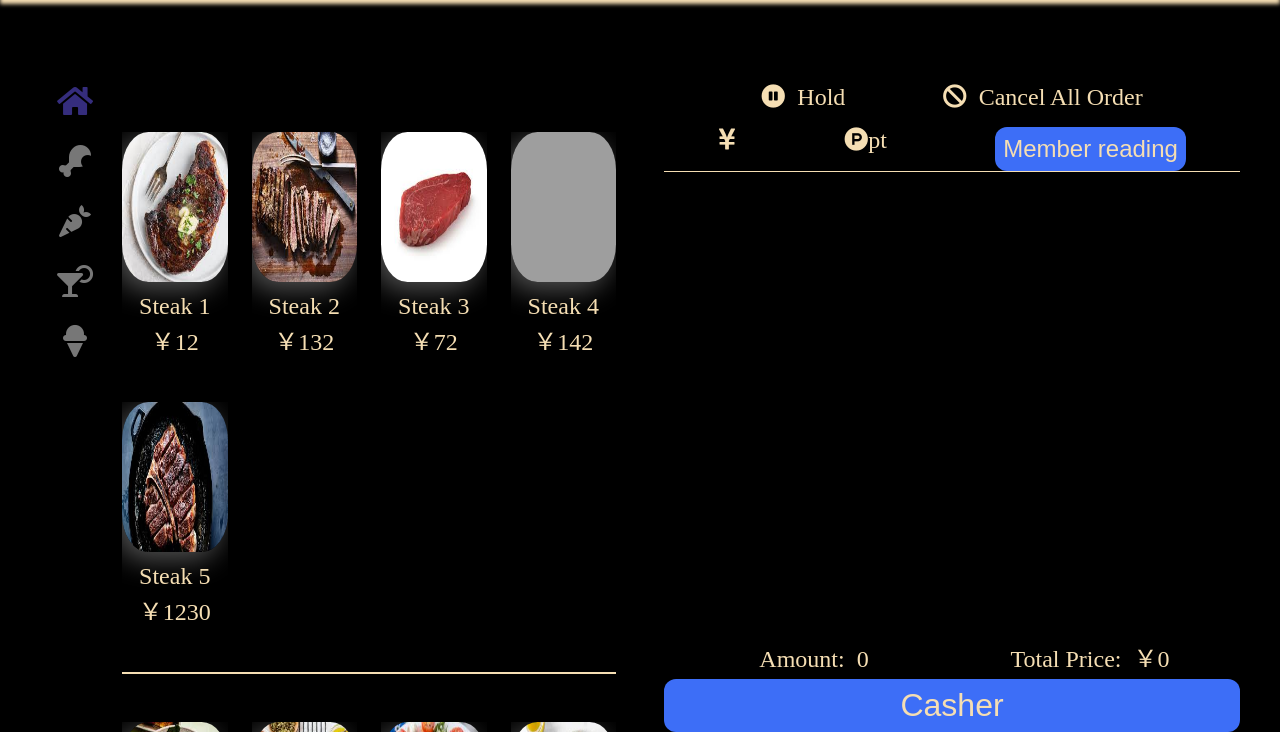
Repository: vuhungson158/Menu
Page: /
An editor plug-in stored every save of this project. The page is shown before and after the next save, followed by the edit.
The browser window is 1280 px wide. The pictures show the whole page.
Pictures or frames that could not be fetched are drawn as grey boxes. An inner scrolling area shows only its first screen. The project was rebuilt for these pictures with package versions that can differ from the ones it lists, and the page was loaded fresh each time. Also part of the build but not shown: src/component/mainMenu/orderBlock/orderContent/OrderedItem.jsx, src/redux-store/actions/HoldActions.jsx, src/component/mainMenu/orderBlock/utilities/HoldItem.jsx.

Above is the page before, as saved 2021-08-22 18:15:29.

### public/index.html
<!DOCTYPE html>
<html lang="en">
  <head>
    <meta charset="utf-8" />
    <link rel="icon" href="%PUBLIC_URL%/favicon.ico" />
    <meta name="viewport" content="width=device-width, initial-scale=1" />
    <meta name="theme-color" content="#000000" />
    <meta
      name="description"
      content="Web site created using create-react-app"
    />
    <link rel="apple-touch-icon" href="%PUBLIC_URL%/logo192.png" />
    <!--
      manifest.json provides metadata used when your web app is installed on a
      user's mobile device or desktop. See https://developers.google.com/web/fundamentals/web-app-manifest/
    -->
    <link rel="manifest" href="%PUBLIC_URL%/manifest.json" />
    <link rel="stylesheet" href="fontawesome-5.15.3-web/css/all.min.css">

    <!--
      Notice the use of %PUBLIC_URL% in the tags above.
      It will be replaced with the URL of the `public` folder during the build.
      Only files inside the `public` folder can be referenced from the HTML.

      Unlike "/favicon.ico" or "favicon.ico", "%PUBLIC_URL%/favicon.ico" will
      work correctly both with client-side routing and a non-root public URL.
      Learn how to configure a non-root public URL by running `npm run build`.
    -->
    <title>Restaurant Menu</title>
  </head>
  <body>
    <noscript>You need to enable JavaScript to run this app.</noscript>
    <div id="root"></div>
    <!--
      This HTML file is a template.
      If you open it directly in the browser, you will see an empty page.

      You can add webfonts, meta tags, or analytics to this file.
      The build step will place the bundled scripts into the <body> tag.

      To begin the development, run `npm start` or `yarn start`.
      To create a production bundle, use `npm run build` or `yarn build`.
    -->
  </body>
</html>

### src/redux-store/index.jsx
import { createStore, applyMiddleware } from "redux";
import { composeWithDevTools } from "redux-devtools-extension";
import thunk from "redux-thunk";
import rootReducer from "./reducers";

const initialState = {};

const middleware = [thunk];

const store = createStore(
    rootReducer,
    initialState,
    composeWithDevTools(applyMiddleware(...middleware))
);

export default store;

### src/component/mainMenu/index.jsx
import React from 'react';
import CenterMenu from './centerMenu';
import OrderBlock from './orderBlock';

const MainMenu = () => {
    return (
        <div id="main-menu">
            <div className="container">
                <div className="grid">
                    <CenterMenu />
                    <OrderBlock />
                </div>
            </div>
        </div >
    )
}

export default MainMenu

### src/styles/App.scss
@import "./_variables";
@import "./mixin";

* {
    box-sizing: border-box;
    font-family: "Fira sans", sans-serif;
    &::-webkit-scrollbar {
        display: none;
    }
}
input::-webkit-outer-spin-button,
input::-webkit-inner-spin-button {
    -webkit-appearance: none;
    margin: 0;
}

body {
    font-size: 10px;
}

@media (max-width: $breakpoint_mobile) {
    :root {
        --container_width: 100%;
    }
}
@media (min-width: $breakpoint_mobile) {
    :root {
        --container_width: 720px;
    }
}
@media (min-width: $breakpoint_ipad) {
    :root {
        --container_width: 960px;
    }
}
@media (min-width: $breakpoint_sm_pc) {
    :root {
        --container_width: 1200px;
    }
}
@media (min-width: $breakpoint_pc) {
    :root {
        --container_width: 1800px;
    }
}

.container {
    margin: 0 auto;
    max-width: var(--container_width);
}

#navbar {
    position: fixed;
    height: $navbar_height;
    top: 0;
    left: 0;
    right: 0;
    z-index: $navbar_z-index;
    background-color: $background-color_1st;
    color: $color_1st;
    box-shadow: 0 4px 4px 0 $color_1st;
    transition: 0.5s;

    .container {
        position: relative;
        display: flex;
        align-items: center;
        justify-content: space-between;

        h1 {
            color: $color_1st;
            font-size: 3.6rem;
            font-weight: 900;
            letter-spacing: 2px;
            text-transform: uppercase;
        }

        #clock {
            font-size: 2.4rem;
            font-weight: 600;
        }

        .setting-icon {
            display: block;
            position: relative;
            z-index: 1;
            user-select: none;
            appearance: none;
            border: none;
            outline: none;
            background: none;
            cursor: pointer;

            span {
                display: block;
                position: relative;
                width: 36px;
                height: 4px;
                margin-bottom: 6px;
                background-color: $background-color_2nd;
                border-radius: 10%;
                z-index: 1;
                transform-origin: 0 0;
                transition: 0.5s;
            }

            &:hover span:nth-child(2) {
                background-color: $color_3rd;
            }

            &.active {
                span:nth-child(1) {
                    transform: translate(0px, -2px) rotate(45deg);
                }
                span:nth-child(2) {
                    opacity: 0;
                    transform: translateX(36px);
                }
                span:nth-child(3) {
                    transform: translate(-3px, 3px) rotate(-45deg);
                }
            }
        }
        .setting-menu {
            position: absolute;
            top: $navbar_height;
            right: 0;
            border: 2px solid $color_2nd;
            border-radius: 5%;
            overflow: hidden;
            padding: 12px;
            background-color: $background-color_1st;
            cursor: auto;
            animation: dropDown 0.2s;
            li {
                min-width: 120px;
                text-align: center;
                padding: 12px 8px;
                font-size: 1.6rem;
                transition: 0.2s;
                cursor: default;
                &:hover {
                    transform: scale(1.2);
                    color: $color_3rd;
                }
            }
        }
    }
}

#main-menu {
    background-color: $background-color_1st;
    padding-top: $navbar_height;
    min-height: 100vh;
    .container {
        padding-top: 24px;
        .grid {
            --margin_left: 48px;
            display: flex;
            margin-left: calc(-1 * var(--margin_left));
            #center-menu,
            #order-block {
                margin-left: var(--margin_left);
                width: calc(50% - var(--margin_left));
            }
            #center-menu {
                --side-nav_width: 70px;
                #side-nav {
                    position: fixed;
                    top: 0;
                    bottom: 0;
                    width: var(--side-nav_width);
                    background: $background-color_1st;
                    overflow: hidden;
                    transition: width 0.2s;
                    z-index: 1;
                    &:hover {
                        width: 300px;
                    }
                    ul {
                        position: absolute;
                        top: 0;
                        left: 0;
                        width: 100%;
                        padding-left: 5px;
                        top: 10%;
                        li {
                            opacity: 0.5;
                            a {
                                position: relative;
                                display: block;
                                width: 100%;
                                display: flex;
                                text-decoration: none;
                                color: $color_2nd;
                                font-size: 2rem;
                                .icon {
                                    position: relative;
                                    display: block;
                                    min-width: 60px;
                                    height: 60px;
                                    line-height: 60px;
                                    text-align: center;
                                    i {
                                        position: relative;
                                        font-size: 2rem;
                                        z-index: 1;
                                    }
                                }
                                .title {
                                    position: relative;
                                    display: block;
                                    padding-left: 10px;
                                    height: 60px;
                                    line-height: 60px;
                                    white-space: nowrap;
                                }
                            }
                            &.active,
                            &:hover {
                                .icon,
                                .title {
                                    transition: 0.2s;
                                    color: $color_3rd;
                                }
                            }
                        }
                    }
                }
                #menu {
                    margin-left: calc(var(--side-nav_width) + 12px);
                    overflow: auto;
                    height: 90vh;
                    .page {
                        --spacing: 24px;
                        --columns: 4;
                        display: flex;
                        flex-wrap: wrap;
                        margin-left: calc(-1 * var(--spacing));
                        margin-top: calc(2 * var(--spacing));
                        border-bottom: 2px solid $background-color_2nd;
                        .food-item {
                            overflow: hidden;
                            margin-left: var(--spacing);
                            width: calc(100% / var(--columns) - var(--spacing));
                            display: flex;
                            flex-direction: column;
                            min-height: 200px;
                            cursor: pointer;
                            margin-bottom: calc(2 * var(--spacing));
                            transition: 0.2s;
                            font-size: 1.5rem;
                            &:hover .food-img {
                                box-shadow: 7px -7px 28px 0 $background-color_3rd;
                            }
                            .food-img {
                                height: 150px;
                                border-radius: 25%;
                                box-shadow: -7px 7px 28px 0 $box-shadow-color;
                            }
                            .food-name,
                            .food-price {
                                color: $color_1st;
                                text-align: center;
                                margin-top: calc(0.5 * var(--spacing));
                            }
                        }
                    }
                }
            }
            #order-block {
                display: flex;
                flex-direction: column;
                #utilities {
                    position: relative;
                    display: flex;
                    justify-content: space-evenly;
                    color: $color_1st;
                    font-size: 1.5rem;
                    z-index: 1;
                    & > div {
                        cursor: pointer;
                        transition: 0.2s;
                        &:hover {
                            color: $color_3rd;
                        }
                    }
                    #hold-table {
                        position: absolute;
                        left: 0;
                        width: 100%;
                        z-index: 100;
                        background-color: $background-color_1st;
                        border: 1px solid $background-color_2nd;
                        cursor: default;
                        text-align: center;
                        margin-top: 24px;
                        animation: dropDown 0.2s;
                        &:hover {
                            color: $color_1st;
                        }
                        thead {
                            background-color: $background-color_4th;
                            td {
                                color: $color_1st;
                                padding: 6px 0;
                                font-weight: 600;
                            }
                        }
                        tbody {
                            tr {
                                transition: 0.2s;
                                cursor: pointer;
                                box-sizing: border-box;
                                td {
                                    padding: 24px 0;
                                }
                                &:hover {
                                    color: $color_3rd;
                                    border: 1px solid $background-color_2nd;
                                }
                            }
                        }
                    }
                }
                #member-info {
                    display: flex;
                    justify-content: space-around;
                    color: $color_1st;
                    font-size: 1.5rem;
                    margin-top: 18px;
                    border-bottom: 1px solid $background-color_2nd;
                    .member-reading {
                        border-radius: 12px;
                        border: 0;
                        background-color: $background-color_4th;
                        color: $color_1st;
                        padding: 8px;
                        &:hover {
                            opacity: 0.8;
                        }
                    }
                }
                #order-list {
                    flex-grow: 1;
                    overflow: auto;
                    height: 0;
                    table {
                        width: 100%;
                        tr {
                            display: flex;
                            justify-content: space-between;
                            align-items: center;
                            margin-bottom: 12px;
                            td {
                                &:nth-child(1) {
                                    width: 50%;
                                }
                                &:nth-child(2) {
                                    width: 20%;
                                }
                                &:nth-child(3) {
                                    width: 30%;
                                }
                                div {
                                    display: flex;
                                    align-items: center;
                                    color: $color_1st;
                                    .food-img {
                                        --size: 100px;
                                        height: var(--size);
                                        width: var(--size);
                                        border-radius: 50%;
                                    }
                                    .food-name {
                                        margin-left: 12px;
                                        font-size: 2rem;
                                        cursor: pointer;
                                    }
                                    .minus,
                                    .plus {
                                        --size: 48px;
                                        width: var(--size);
                                        height: var(--size);
                                        font-size: 2rem;
                                        border-radius: 24px;
                                        border: 0;
                                        background-color: $background-color_1st;
                                        color: $color_4th;
                                        padding: 8px;
                                        &:hover {
                                            opacity: 0.8;
                                        }
                                    }
                                    .amount {
                                        --size: 48px;
                                        width: var(--size);
                                        height: var(--size);
                                        font-size: 1.4rem;
                                        border-radius: 50%;
                                        text-align: center;
                                    }
                                }
                                &.price {
                                    display: flex;
                                    justify-content: center;
                                    align-items: center;
                                    font-size: 1.5rem;
                                }
                            }
                        }
                    }
                }
                #total {
                    display: flex;
                    color: $color_1st;
                    font-size: 1.5rem;
                    margin: 8px 12px;
                    & > div {
                        width: 50%;
                        text-align: center;
                        span {
                            margin-left: 12px;
                        }
                    }
                }
                #casher-btn {
                    border-radius: 12px;
                    border: 0;
                    background-color: $background-color_4th;
                    color: $color_1st;
                    padding: 8px;
                    font-size: 2rem;
                    &:hover {
                        opacity: 0.8;
                    }
                }
            }
        }
    }
}

### src/redux-store/reducers/index.jsx
import { combineReducers } from "redux";
import HoldReducer from "./HoldReducer";
import MenuReducer from "./MenuReducer";
import OrderReducer from "./OrderReducer";

const rootReducer = combineReducers({
    menu: MenuReducer,
    order: OrderReducer,
    hold:HoldReducer
});

export default rootReducer;

### src/component/mainMenu/orderBlock/index.jsx
import React from 'react'
import MemberInfo from './MemberInfo'
import OrderedContent from './orderContent'
import Utilities from './utilities'


const OrderBlock = () => {

    return (
        <div id="order-block" className="d-flex flex-column">
            <Utilities />
            <MemberInfo />
            <OrderedContent />
            <button id="casher-btn" className="btn btn-primary">Casher</button>
        </div>
    )
}

export default OrderBlock

### src/component/navbar/Clock.jsx
import React, { useEffect, useState } from 'react'
import { showTime } from '../../pure-JS/MyTime';

const Clock = () => {

    const [clock, setClock] = useState("")

    useEffect(() => {
        const intervalClock = setInterval(() => setClock(showTime()), 1000);
        return () => clearInterval(intervalClock);
    }, []);

    return (
        <div id="clock">{clock ? clock : showTime()}</div>
    )
}

export default Clock

### src/styles/_variables.scss
:root {
    --spacing: 0;
    --container_width: 0;
    --columns: 0;
}

// Color
$color_1st: wheat;
$color_2nd: #eee;
$color_3rd: #6a5af9;
$color_4th: #3d6ef7;
$color_light: #ededed;
$color_dark: black;

$box-shadow-color: #555;

// Background Color
$background-color_1st: black;
$background-color_2nd: wheat;
$background-color_3rd: #6a5af9;
$background-color_4th: #3D6EF7;;

// z-index
$navbar_z-index: 99;

// Height
$navbar_height: 60px;

// Width
$breakpoint_mobile: 768px;
$breakpoint_ipad: 1024px;
$breakpoint_sm_pc: 1224px;
$breakpoint_pc: 1824px;

### src/styles/_mixin.scss
@keyframes dropDown {
    0% {
        transform: translateY(-100px);
    }
    100% {
        transform: translateY(0);
    }
}

### src/redux-store/reducers/HoldReducer.jsx
import { MAKE_HOLD } from "../actions/TYPE";

var initialState = {
    holder: [{}, {}, {}, {}, {}, {}, {}, {}, {}, {}]
}

const HoldReducer = (state = initialState, action) => {
    const { type, payload } = action;

    switch (type) {
        case MAKE_HOLD:
            if (payload.totalAmount === 0) {
                state.holder[payload.index] = {};
                return state;
            } else {
                state.holder[payload.index] = payload;
                return state;
            }
        default:
            return state;
    }
};

export default HoldReducer;

### src/redux-store/reducers/MenuReducer.jsx
import { SWITCH_BRANCH } from "../actions/TYPE";
import { MenuInitialState } from "./MenuInitialState";

const MenuReducer = (state = MenuInitialState, action) => {
    const { type, payload } = action;

    switch (type) {
        case SWITCH_BRANCH:
            return {
                ...state,
                branchs: state.branchs.map((branch) => {
                    if (branch.id === payload) branch.active = true;
                    else if (branch.active) branch.active = false;
                    return branch;
                })
            };
        default:
            return state;
    }
};

export default MenuReducer;

### src/component/mainMenu/centerMenu/MenuPage.jsx
import React from 'react'
import MenuItem from './MenuItem'

const MenuPage = ({ page }) => {
    return (
        <div className="page">
            {
                page.map((food) => (
                    <MenuItem key={food.id} food={food} />
                ))
            }
        </div>
    )
}

export default MenuPage

### src/component/mainMenu/orderBlock/MemberInfo.jsx
import React from 'react'

const MemberInfo = () => {
    return (
        <div id="member-info">
            <div>
                <i className="fas fa-yen-sign"></i>
                <span></span>
            </div>
            <div>
                <i className="fab fa-product-hunt"></i>
                <span>pt</span>
            </div>
            <button className="member-reading">
                Member reading
            </button>
        </div>
    )
}

export default MemberInfo

### src/component/mainMenu/centerMenu/MenuItem.jsx
import React from 'react'
import PropTypes from 'prop-types';
import { connect } from 'react-redux';
import { addToOrder } from '../../../redux-store/actions/OrderActions';

const MenuItem = ({ food, addToOrder }) => {

    return (
        <div className="food-item" key={food.id} onClick={() => { addToOrder(food) }}>
            <img className="food-img" src={food.img} alt="" />
            <div className="food-name">{food.name}</div>
            <div className="food-price">￥{food.price}</div>
        </div>
    )
}

MenuItem.prototype = {
    addToOrder: PropTypes.func.isRequired,
};

const mapStateToProps = state => ({
});

export default connect(mapStateToProps, { addToOrder })(MenuItem)

### src/redux-store/actions/MenuActions.jsx
import { SWITCH_BRANCH } from "./TYPE";


export const switchBranch = newID => dispatch => {
    dispatch({
        type: SWITCH_BRANCH,
        payload: newID
    })
};

Loaded but not shown: src/serviceWorker.js (common file); src/styles/Reset.css (common file); public/fontawesome-5.15.3-web/css/all.min.css (library); src/redux-store/reducers/MenuInitialState.js (124 lines, source omitted); src/index.js (20 lines, source omitted); src/redux-store/actions/TYPE.js (13 lines, source omitted); src/pure-JS/MyTime.js (13 lines, source omitted); src/App.js (16 lines, source omitted); src/redux-store/reducers/OrderReducer.jsx (71 lines, source omitted); src/component/mainMenu/orderBlock/utilities/index.jsx (54 lines, source omitted); src/component/navbar/index.jsx (49 lines, source omitted); src/component/mainMenu/orderBlock/orderContent/index.jsx (43 lines, source omitted); src/component/mainMenu/centerMenu/sidebar/index.jsx (34 lines, source omitted); src/redux-store/actions/OrderActions.jsx (44 lines, source omitted); src/component/mainMenu/centerMenu/index.jsx (30 lines, source omitted)

After the next save:
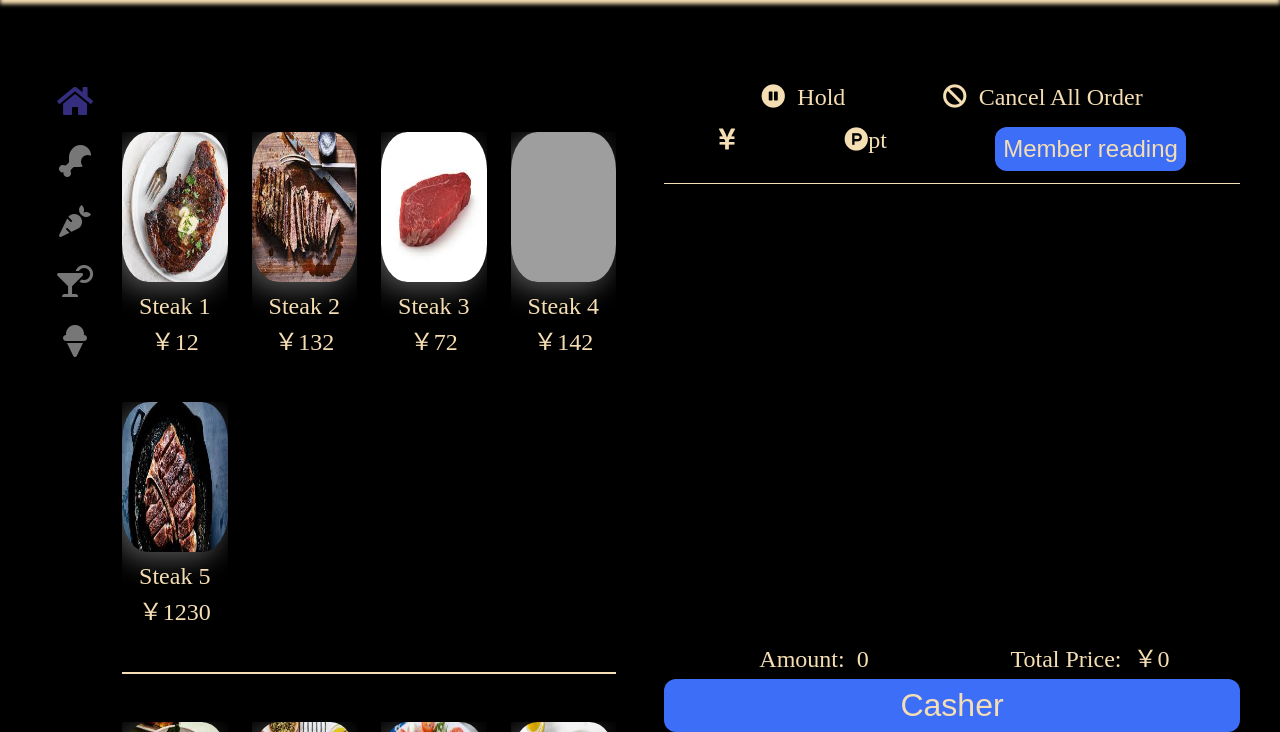
Saved 11 s later.
--- a/src/styles/App.scss
+++ b/src/styles/App.scss
@@ -329,6 +329,7 @@ body {
                     color: $color_1st;
                     font-size: 1.5rem;
                     margin-top: 18px;
+                    padding-bottom: 12px;
                     border-bottom: 1px solid $background-color_2nd;
                     .member-reading {
                         border-radius: 12px;
